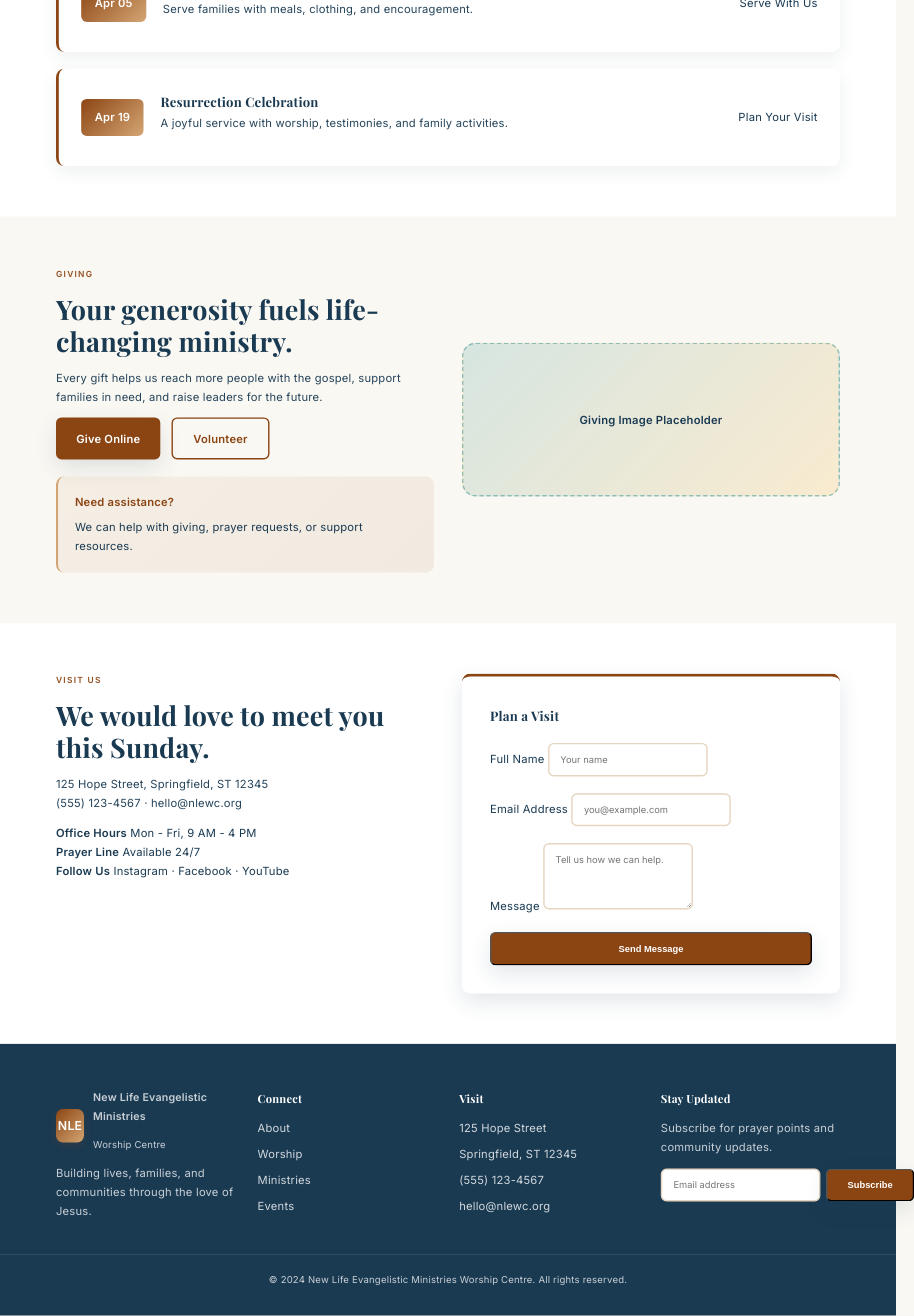
Repository: bilaal441/church
Page: index.htm
An editor plug-in stored every save of this project. The page is shown before and after the next save, followed by the edit.
The browser window is 1280 px wide. The page is 1306 px wide, so the pictures cover 1306 px, including what lies to the right of the window. The pictures show the part of the page from y = 3845 to 5725 px (the page is 5725 px tall), at 70% of full size.

Above is the page before, as saved 2026-01-19 22:10:49.

### index.htm
<!doctype html>
<html lang="en">
  <head>
    <meta charset="UTF-8" />
    <meta name="viewport" content="width=device-width, initial-scale=1.0" />
    <title>New Life Evangelistic Ministries Worship Centre</title>
    <meta
      name="description"
      content="A welcoming, Spirit-filled church family in Springfield. Join us for worship, discipleship, and community outreach."
    />
    <link rel="stylesheet" href="style.css" />
    <link rel="preconnect" href="https://fonts.googleapis.com" />
    <link rel="preconnect" href="https://fonts.gstatic.com" crossorigin />
    <link
      href="https://fonts.googleapis.com/css2?family=Playfair+Display:wght@400;600;700&family=Inter:wght@400;500;600&display=swap"
      rel="stylesheet"
    />
  </head>
  <body>
    <a class="skip-link" href="#main">Skip to main content</a>
    <header class="site-header">
      <div class="container header-content">
        <div class="logo">
          <span class="logo-mark">NLE</span>
          <div>
            <p class="logo-title">New Life Evangelistic Ministries</p>
            <p class="logo-subtitle">Worship Centre</p>
          </div>
        </div>
        <button
          class="nav-toggle"
          aria-expanded="false"
          aria-controls="site-nav"
        >
          <span></span>
          <span></span>
          <span></span>
        </button>
        <nav id="site-nav" class="site-nav">
          <a href="#about">About</a>
          <a href="#worship">Worship</a>
          <a href="#ministries">Ministries</a>
          <a href="#events">Events</a>
          <a href="#giving">Giving</a>
          <a href="#contact" class="button">Visit Us</a>
        </nav>
      </div>
    </header>

    <main id="main">
      <section class="hero">
        <div class="container hero-grid">
          <div class="hero-text">
            <p class="eyebrow">A Place to Belong &amp; Grow</p>
            <h1>Experience hope, worship, and community in Christ.</h1>
            <p>
              Join us for vibrant worship, powerful teaching, and a loving
              family that is passionate about reaching the city with the gospel.
            </p>
            <div class="hero-actions">
              <a class="button" href="#worship">Plan Your Visit</a>
              <a class="button button-outline" href="#events"
                >Upcoming Events</a
              >
            </div>
            <div class="hero-details">
              <div>
                <span>Service Times</span>
                <strong>Sunday 9:00 AM &amp; 11:30 AM</strong>
              </div>
              <div>
                <span>Midweek Encounter</span>
                <strong>Wednesday 6:30 PM</strong>
              </div>
            </div>
            <div class="hero-note">
              <span>Livestream available</span>
              <a href="#contact">Watch Online</a>
            </div>
          </div>
          <div class="hero-visual">
            <div class="image-placeholder large">Hero Image Placeholder</div>
            <div class="hero-card">
              <h3>Welcome Home</h3>
              <p>
                New to church? We will help you feel at home from the moment you
                arrive.
              </p>
              <a href="#contact">Meet the Team</a>
            </div>
          </div>
        </div>
      </section>

      <section id="about" class="section">
        <div class="container split">
          <div class="image-placeholder">About Image Placeholder</div>
          <div>
            <p class="eyebrow">Who We Are</p>
            <h2>
              Our mission is to raise disciples who live out the love of Jesus.
            </h2>
            <p>
              We are a vibrant, spirit-filled church committed to worship,
              discipleship, evangelism, and compassionate outreach. We welcome
              families, young adults, and every generation to grow together in
              faith.
            </p>
            <div class="stats">
              <div>
                <strong>25+</strong>
                <span>Years of ministry</span>
              </div>
              <div>
                <strong>40+</strong>
                <span>Small groups</span>
              </div>
              <div>
                <strong>15</strong>
                <span>Community partners</span>
              </div>
            </div>
          </div>
        </div>
      </section>

      <section id="worship" class="section section-alt">
        <div class="container">
          <div class="section-header">
            <div>
              <p class="eyebrow">Worship With Us</p>
              <h2>Expect a meaningful encounter with God.</h2>
            </div>
            <p>
              Our gatherings are lively, prayerful, and filled with inspiring
              worship, teaching, and ministry moments.
            </p>
          </div>
          <div class="cards">
            <article class="card">
              <h3>Sunday Celebration</h3>
              <p>Worship, Word, and fellowship for the whole family.</p>
              <p class="card-meta">9:00 AM &amp; 11:30 AM</p>
            </article>
            <article class="card">
              <h3>Midweek Encounter</h3>
              <p>Refuel with worship, prayer, and Bible study.</p>
              <p class="card-meta">Wednesday 6:30 PM</p>
            </article>
            <article class="card">
              <h3>Youth Ignite</h3>
              <p>
                Empowering the next generation through worship and discipleship.
              </p>
              <p class="card-meta">Friday 7:00 PM</p>
            </article>
          </div>
          <div class="worship-highlight">
            <div>
              <h3>What to Expect</h3>
              <p>
                Friendly hosts, engaging worship, a clear message, and spaces
                for kids and youth to connect safely.
              </p>
            </div>
            <div>
              <h3>Parking &amp; Accessibility</h3>
              <p>
                Guest parking is available at the main entrance. Our building is
                fully accessible with ramps and elevators.
              </p>
            </div>
          </div>
        </div>
      </section>

      <section id="ministries" class="section">
        <div class="container">
          <div class="section-header">
            <div>
              <p class="eyebrow">Ministries</p>
              <h2>Every generation has a place to serve and grow.</h2>
            </div>
            <a class="button button-outline" href="#contact">Get Connected</a>
          </div>
          <div class="ministry-grid">
            <div class="ministry-card">
              <div class="image-placeholder">Kids Ministry</div>
              <h3>Kids Life</h3>
              <p>Fun, safe, and faith-building experiences for children.</p>
            </div>
            <div class="ministry-card">
              <div class="image-placeholder">Youth Ministry</div>
              <h3>NextGen</h3>
              <p>Mentoring and empowering teens to lead with conviction.</p>
            </div>
            <div class="ministry-card">
              <div class="image-placeholder">Women Ministry</div>
              <h3>Women of Grace</h3>
              <p>Gathering women to worship, serve, and build community.</p>
            </div>
            <div class="ministry-card">
              <div class="image-placeholder">Men Ministry</div>
              <h3>Men of Valor</h3>
              <p>Equipping men to live out their faith with courage.</p>
            </div>
            <div class="ministry-card">
              <div class="image-placeholder">Music Ministry</div>
              <h3>Creative Arts</h3>
              <p>
                Worship, media, and production teams creating meaningful
                moments.
              </p>
            </div>
            <div class="ministry-card">
              <div class="image-placeholder">Care Ministry</div>
              <h3>Care &amp; Outreach</h3>
              <p>
                Supporting families, counseling, and community care initiatives.
              </p>
            </div>
          </div>
        </div>
      </section>

      <section id="events" class="section section-alt">
        <div class="container">
          <div class="section-header">
            <div>
              <p class="eyebrow">Upcoming Events</p>
              <h2>There is always something happening at New Life.</h2>
            </div>
            <a class="button" href="#giving">Support the Mission</a>
          </div>
          <div class="event-list">
            <article>
              <span class="event-date">Mar 21</span>
              <div>
                <h3>Citywide Prayer Night</h3>
                <p>
                  Join churches across the city for a night of prayer and
                  worship.
                </p>
              </div>
              <a href="#contact">Learn More</a>
            </article>
            <article>
              <span class="event-date">Apr 05</span>
              <div>
                <h3>Community Outreach Day</h3>
                <p>Serve families with meals, clothing, and encouragement.</p>
              </div>
              <a href="#contact">Serve With Us</a>
            </article>
            <article>
              <span class="event-date">Apr 19</span>
              <div>
                <h3>Resurrection Celebration</h3>
                <p>
                  A joyful service with worship, testimonies, and family
                  activities.
                </p>
              </div>
              <a href="#contact">Plan Your Visit</a>
            </article>
          </div>
        </div>
      </section>

      <section id="giving" class="section">
        <div class="container giving">
          <div>
            <p class="eyebrow">Giving</p>
            <h2>Your generosity fuels life-changing ministry.</h2>
            <p>
              Every gift helps us reach more people with the gospel, support
              families in need, and raise leaders for the future.
            </p>
            <div class="giving-actions">
              <a class="button" href="#contact">Give Online</a>
              <a class="button button-outline" href="#contact">Volunteer</a>
            </div>
            <div class="giving-note">
              <strong>Need assistance?</strong>
              <span
                >We can help with giving, prayer requests, or support
                resources.</span
              >
            </div>
          </div>
          <div class="image-placeholder">Giving Image Placeholder</div>
        </div>
      </section>

      <section id="contact" class="section section-alt">
        <div class="container contact">
          <div>
            <p class="eyebrow">Visit Us</p>
            <h2>We would love to meet you this Sunday.</h2>
            <p>
              125 Hope Street, Springfield, ST 12345<br />
              (555) 123-4567 · hello@nlewc.org
            </p>
            <div class="contact-details">
              <div>
                <strong>Office Hours</strong>
                <span>Mon - Fri, 9 AM - 4 PM</span>
              </div>
              <div>
                <strong>Prayer Line</strong>
                <span>Available 24/7</span>
              </div>
              <div>
                <strong>Follow Us</strong>
                <span>Instagram · Facebook · YouTube</span>
              </div>
            </div>
          </div>
          <form class="contact-form">
            <h3>Plan a Visit</h3>
            <label>
              Full Name
              <input type="text" placeholder="Your name" />
            </label>
            <label>
              Email Address
              <input type="email" placeholder="you@example.com" />
            </label>
            <label>
              Message
              <textarea
                rows="4"
                placeholder="Tell us how we can help."
              ></textarea>
            </label>
            <button type="submit" class="button">Send Message</button>
          </form>
        </div>
      </section>
    </main>

    <footer class="site-footer">
      <div class="container footer-grid">
        <div>
          <div class="logo">
            <span class="logo-mark">NLE</span>
            <div>
              <p class="logo-title">New Life Evangelistic Ministries</p>
              <p class="logo-subtitle">Worship Centre</p>
            </div>
          </div>
          <p>
            Building lives, families, and communities through the love of Jesus.
          </p>
        </div>
        <div>
          <h4>Connect</h4>
          <ul>
            <li><a href="#about">About</a></li>
            <li><a href="#worship">Worship</a></li>
            <li><a href="#ministries">Ministries</a></li>
            <li><a href="#events">Events</a></li>
          </ul>
        </div>
        <div>
          <h4>Visit</h4>
          <ul>
            <li>125 Hope Street</li>
            <li>Springfield, ST 12345</li>
            <li>(555) 123-4567</li>
            <li>hello@nlewc.org</li>
          </ul>
        </div>
        <div>
          <h4>Stay Updated</h4>
          <p>Subscribe for prayer points and community updates.</p>
          <div class="subscribe">
            <input type="email" placeholder="Email address" />
            <button class="button">Subscribe</button>
          </div>
        </div>
      </div>
      <div class="footer-bottom">
        <p>
          © 2024 New Life Evangelistic Ministries Worship Centre. All rights
          reserved.
        </p>
      </div>
    </footer>

    <script src="script.js"></script>
  </body>
</html>

### style.css
:root {
  --navy: #1a3a52;
  --gold: #d4a574;
  --burgundy: #8b4513;
  --cream: #faf8f3;
  --sage: #6b8e7f;
  --muted: #7d8a7f;
  --white: #ffffff;
  --light-gold: #f5e6d3;
  --shadow: 0 8px 24px rgba(26, 58, 82, 0.08);
  --shadow-lg: 0 12px 32px rgba(26, 58, 82, 0.12);
}

* {
  box-sizing: border-box;
  margin: 0;
  padding: 0;
}

body {
  font-family: "Inter", sans-serif;
  background-color: var(--cream);
  color: var(--navy);
  line-height: 1.7;
  letter-spacing: 0.3px;
}

img {
  max-width: 100%;
  display: block;
}

a {
  color: inherit;
  text-decoration: none;
}

.skip-link {
  position: absolute;
  left: -999px;
  top: 16px;
  background: var(--navy);
  color: var(--white);
  padding: 0.6rem 1.2rem;
  border-radius: 999px;
  z-index: 50;
}

.skip-link:focus {
  left: 16px;
}

.container {
  width: min(1120px, 90%);
  margin: 0 auto;
}

.eyebrow {
  text-transform: uppercase;
  letter-spacing: 0.15em;
  font-size: 0.75rem;
  color: var(--burgundy);
  font-weight: 700;
  margin-bottom: 1rem;
}

h1,
h2,
h3,
h4 {
  font-family: "Playfair Display", serif;
  color: var(--navy);
}

h1 {
  font-size: clamp(2.5rem, 4vw, 3.5rem);
  line-height: 1.1;
  margin-bottom: 1rem;
}

h2 {
  font-size: clamp(2rem, 3vw, 2.8rem);
  line-height: 1.2;
  margin-bottom: 1rem;
}

p {
  margin-bottom: 1rem;
  color: var(--navy);
  opacity: 0.95;
}

.button {
  display: inline-flex;
  align-items: center;
  justify-content: center;
  padding: 0.9rem 1.8rem;
  border-radius: 8px;
  background: var(--burgundy);
  color: var(--white);
  font-weight: 600;
  transition:
    transform 0.2s ease,
    box-shadow 0.2s ease,
    background 0.2s ease;
  box-shadow: var(--shadow-lg);
}

.button:hover {
  transform: translateY(-2px);
  background: #6d3410;
  box-shadow: var(--shadow-lg);
}

.button-outline {
  background: transparent;
  color: var(--burgundy);
  border: 2px solid var(--burgundy);
  box-shadow: none;
}

.site-header {
  background: var(--white);
  position: sticky;
  top: 0;
  z-index: 20;
  box-shadow: 0 4px 12px rgba(26, 58, 82, 0.05);
  border-bottom: 2px solid var(--light-gold);
}

.header-content {
  display: flex;
  align-items: center;
  justify-content: space-between;
  padding: 1.2rem 0;
  gap: 2rem;
}

.logo {
  display: flex;
  align-items: center;
  gap: 0.8rem;
}

.logo-mark {
  width: 48px;
  height: 48px;
  border-radius: 10px;
  background: linear-gradient(135deg, var(--burgundy), var(--gold));
  color: var(--white);
  font-weight: 700;
  display: grid;
  place-items: center;
  font-size: 1.1rem;
  box-shadow: 0 4px 12px rgba(139, 69, 19, 0.2);
}

.logo-title {
  font-weight: 700;
  font-size: 0.95rem;
}

.logo-subtitle {
  font-size: 0.85rem;
  color: var(--muted);
}

.site-nav {
  display: flex;
  align-items: center;
  gap: 1.5rem;
}

.site-nav a {
  font-weight: 600;
  font-size: 0.95rem;
}

.nav-toggle {
  display: none;
  flex-direction: column;
  gap: 6px;
  background: none;
  border: none;
  cursor: pointer;
}

.nav-toggle span {
  width: 24px;
  height: 2px;
  background: var(--navy);
}

.hero {
  padding: 5rem 0 4rem;
  background: linear-gradient(
    135deg,
    rgba(212, 165, 116, 0.08),
    rgba(139, 69, 19, 0.05)
  );
}

.hero-grid {
  display: grid;
  gap: 3rem;
  align-items: center;
}

.hero-actions {
  display: flex;
  flex-wrap: wrap;
  gap: 1rem;
  margin: 2rem 0;
}

.hero-details {
  display: grid;
  gap: 1.5rem;
  background: var(--white);
  padding: 2rem;
  border-radius: 12px;
  box-shadow: var(--shadow-lg);
  border-left: 4px solid var(--burgundy);
}

.hero-details span {
  font-size: 0.85rem;
  color: var(--muted);
  text-transform: uppercase;
  letter-spacing: 0.1em;
}

.hero-details strong {
  display: block;
  font-size: 1.1rem;
  color: var(--burgundy);
}

.hero-note {
  display: flex;
  align-items: center;
  gap: 0.75rem;
  font-weight: 600;
  color: var(--burgundy);
}

.hero-note a {
  color: var(--burgundy);
  text-decoration: underline;
}

.hero-visual {
  display: grid;
  gap: 1.5rem;
  position: relative;
}

.hero-card {
  background: var(--white);
  padding: 2rem;
  border-radius: 12px;
  box-shadow: var(--shadow-lg);
  transition: transform 0.3s ease, box-shadow 0.3s ease;
}

.hero-card:hover {
  transform: translateY(-4px);
  box-shadow: var(--shadow-lg);
}

.hero-card a {
  color: var(--burgundy);
  font-weight: 600;
}

.section {
  padding: 4.5rem 0;
}

.section-alt {
  background: var(--white);
}

.section-header {
  display: flex;
  align-items: center;
  justify-content: space-between;
  gap: 2rem;
  margin-bottom: 2.5rem;
}

.split {
  display: grid;
  gap: 2.5rem;
  align-items: center;
}

.stats {
  display: grid;
  grid-template-columns: repeat(auto-fit, minmax(140px, 1fr));
  gap: 1.5rem;
  margin-top: 2rem;
}

.stats strong {
  font-size: 2rem;
  color: var(--burgundy);
}

.cards {
  display: grid;
  grid-template-columns: repeat(auto-fit, minmax(240px, 1fr));
  gap: 1.5rem;
}

.card {
  background: var(--white);
  padding: 2rem;
  border-radius: 12px;
  box-shadow: var(--shadow-lg);
  transition: transform 0.3s ease, box-shadow 0.3s ease;
  border-top: 3px solid var(--gold);
}

.card:hover {
  transform: translateY(-4px);
  box-shadow: var(--shadow-lg);
}

.card-meta {
  color: var(--burgundy);
  font-weight: 600;
  margin-top: 1.5rem;
}

.worship-highlight {
  margin-top: 2.5rem;
  display: grid;
  grid-template-columns: repeat(auto-fit, minmax(240px, 1fr));
  gap: 1.5rem;
}

.worship-highlight div {
  background: linear-gradient(135deg, rgba(212, 165, 116, 0.12), rgba(139, 69, 19, 0.08));
  padding: 1.5rem;
  border-radius: 12px;
  border-left: 3px solid var(--gold);
}

.ministry-grid {
  display: grid;
  grid-template-columns: repeat(auto-fit, minmax(220px, 1fr));
  gap: 1.5rem;
}

.ministry-card {
  background: var(--white);
  padding: 1.5rem;
  border-radius: 12px;
  box-shadow: var(--shadow);
  display: grid;
  gap: 1rem;
  border-top: 3px solid var(--burgundy);
  transition: transform 0.3s ease;
}

.ministry-card:hover {
  transform: translateY(-3px);
}

.event-list {
  display: grid;
  gap: 1.5rem;
}

.event-list article {
  display: grid;
  grid-template-columns: auto 1fr auto;
  gap: 1.5rem;
  background: var(--white);
  padding: 2rem;
  border-radius: 12px;
  align-items: center;
  box-shadow: var(--shadow);
  border-left: 4px solid var(--burgundy);
}

.event-date {
  background: linear-gradient(135deg, var(--burgundy), var(--gold));
  color: var(--white);
  padding: 0.8rem 1.2rem;
  border-radius: 8px;
  font-weight: 700;
  text-align: center;
}

.giving {
  display: grid;
  gap: 2.5rem;
  align-items: center;
}

.giving-actions {
  display: flex;
  gap: 1rem;
  flex-wrap: wrap;
}

.giving-note {
  margin-top: 1.5rem;
  background: linear-gradient(135deg, rgba(212, 165, 116, 0.12), rgba(139, 69, 19, 0.08));
  padding: 1.5rem;
  border-radius: 12px;
  display: grid;
  gap: 0.5rem;
  border-left: 3px solid var(--gold);
}

.giving-note strong {
  color: var(--burgundy);
}

.contact {
  display: grid;
  gap: 2.5rem;
  align-items: start;
}

.contact-form {
  background: var(--white);
  padding: 2.5rem;
  border-radius: 12px;
  box-shadow: var(--shadow-lg);
  display: grid;
  gap: 1.5rem;
  border-top: 4px solid var(--burgundy);
}
}

.contact-form label {
  display: grid;
  gap: 0.5rem;
  font-weight: 600;
}

input,
textarea {
  padding: 0.85rem 1rem;
  border-radius: 8px;
  border: 2px solid #e5d5c0;
  font-family: inherit;
  transition: border-color 0.3s ease;
}

input:focus,
textarea:focus {
  outline: none;
  border-color: var(--burgundy);
  background-color: rgba(212, 165, 116, 0.03);
}

.site-footer {
  background: var(--navy);
  color: var(--white);
  padding: 4rem 0 1.5rem;
}

.site-footer h4 {
  color: var(--white);
  margin-bottom: 1rem;
}

.site-footer p,
.site-footer a,
.site-footer li {
  color: rgba(255, 255, 255, 0.8);
}

.footer-grid {
  display: grid;
  grid-template-columns: repeat(auto-fit, minmax(200px, 1fr));
  gap: 2rem;
}

.footer-grid ul {
  list-style: none;
  display: grid;
  gap: 0.6rem;
}

.subscribe {
  display: flex;
  gap: 0.5rem;
  margin-top: 1rem;
}

.footer-bottom {
  margin-top: 2rem;
  border-top: 1px solid rgba(255, 255, 255, 0.2);
  text-align: center;
  padding-top: 1.5rem;
  font-size: 0.85rem;
}

.image-placeholder {
  background: linear-gradient(
    135deg,
    rgba(15, 123, 123, 0.15),
    rgba(244, 185, 66, 0.2)
  );
  border: 2px dashed rgba(15, 123, 123, 0.4);
  border-radius: 20px;
  min-height: 220px;
  display: grid;
  place-items: center;
  text-align: center;
  padding: 1.5rem;
  color: var(--teal);
  font-weight: 600;
}

.image-placeholder.large {
  min-height: 340px;
}

@media (min-width: 900px) {
  .hero-grid {
    grid-template-columns: repeat(2, 1fr);
  }

  .split,
  .giving,
  .contact {
    grid-template-columns: repeat(2, 1fr);
  }
}

@media (max-width: 900px) {
  .section-header {
    flex-direction: column;
    align-items: flex-start;
  }

  .event-list article {
    grid-template-columns: 1fr;
  }
}

@media (max-width: 768px) {
  .site-nav {
    position: absolute;
    top: 100%;
    right: 0;
    background: var(--white);
    flex-direction: column;
    padding: 1.5rem;
    gap: 1rem;
    width: min(90vw, 280px);
    transform: translateY(-10px);
    opacity: 0;
    pointer-events: none;
    box-shadow: var(--shadow);
    border-radius: 16px;
  }

  .site-nav.open {
    opacity: 1;
    transform: translateY(0);
    pointer-events: auto;
  }

  .nav-toggle {
    display: flex;
  }

  .header-content {
    position: relative;
  }
}

@media (max-width: 600px) {
  .hero-details {
    padding: 1rem;
  }

  .hero-note {
    flex-direction: column;
    align-items: flex-start;
  }

  .subscribe {
    flex-direction: column;
    align-items: stretch;
  }
}

Loaded but not shown: script.js (18 lines, source omitted)

After the next save:
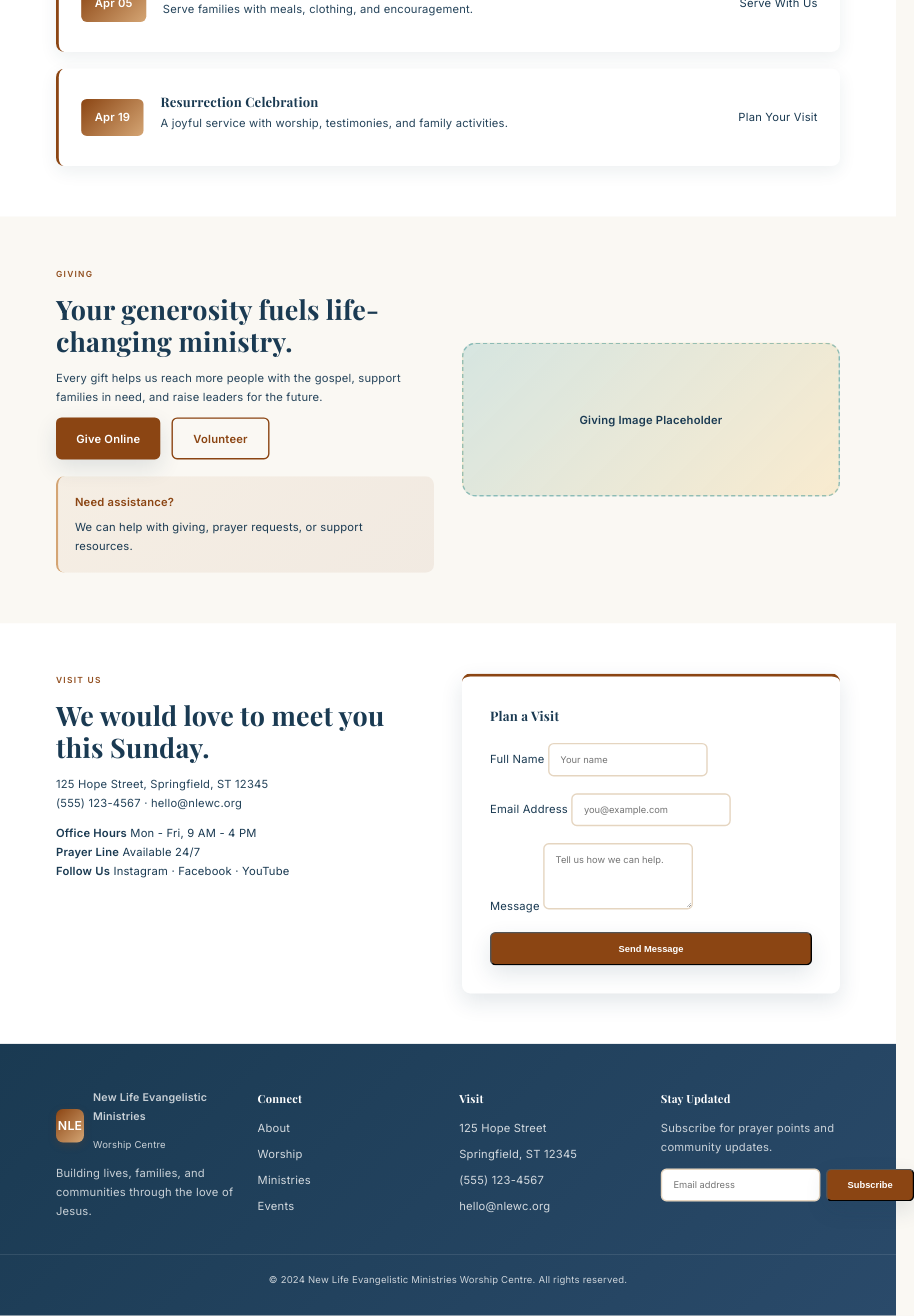
Saved 91 s later.
--- a/style.css
+++ b/style.css
@@ -460,7 +460,7 @@
 }
 
 .site-footer {
-  background: var(--navy);
+  background: linear-gradient(135deg, var(--navy), #2a4a6a);
   color: var(--white);
   padding: 4rem 0 1.5rem;
 }
